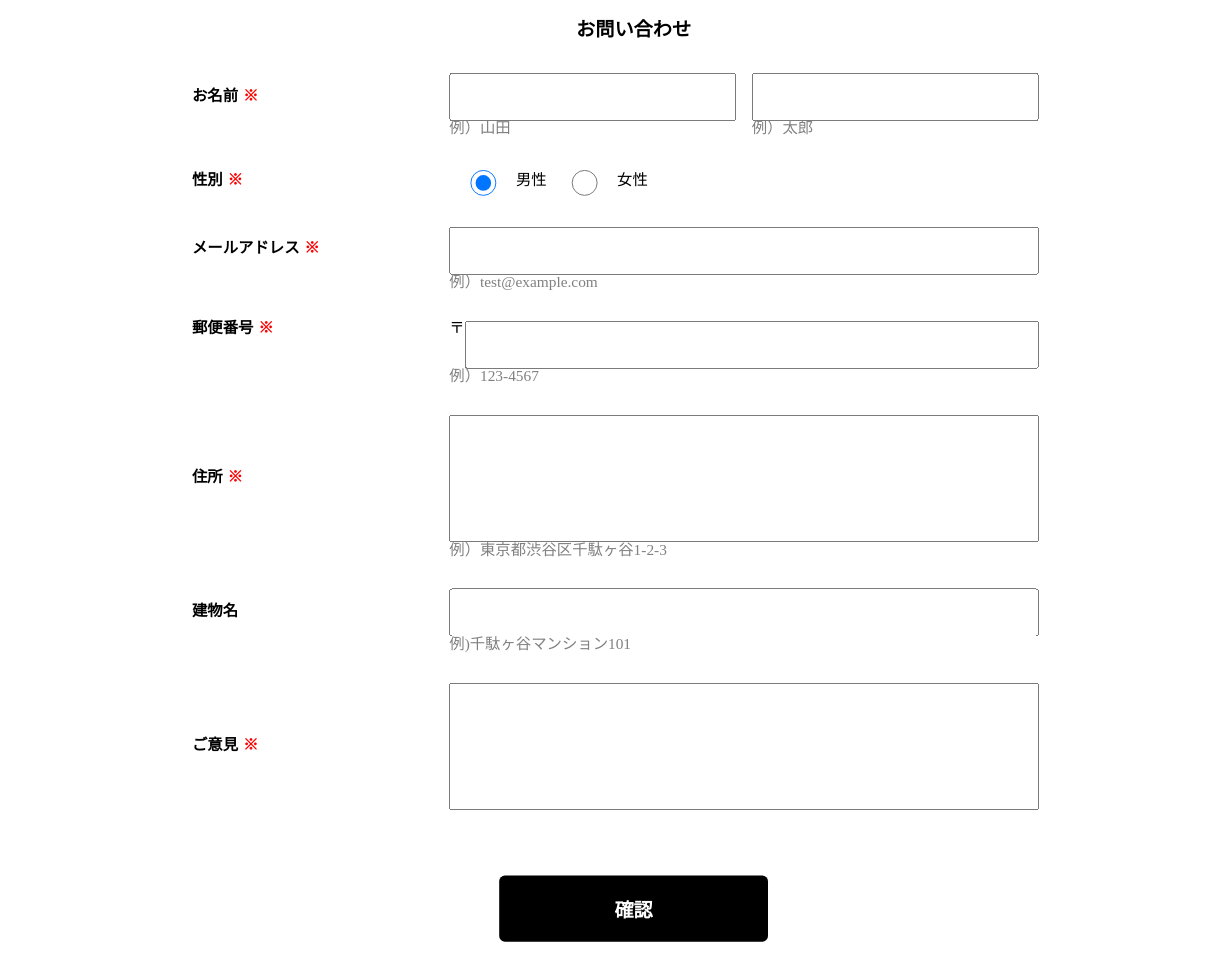
Repository: masanarimiura/20220723_miura_advance_test
Page: http://localhost/
An editor plug-in stored every save of this project. The page is shown before and after the next save, followed by the edit.
The browser window is 1280 px wide. The pictures show the whole page, at 96% of full size.
The page is served by the project's Laravel application, run on PHP 8.4 with Laravel 8.

Above is the page before, as saved 2022-07-22 13:08:38.

After the next save:
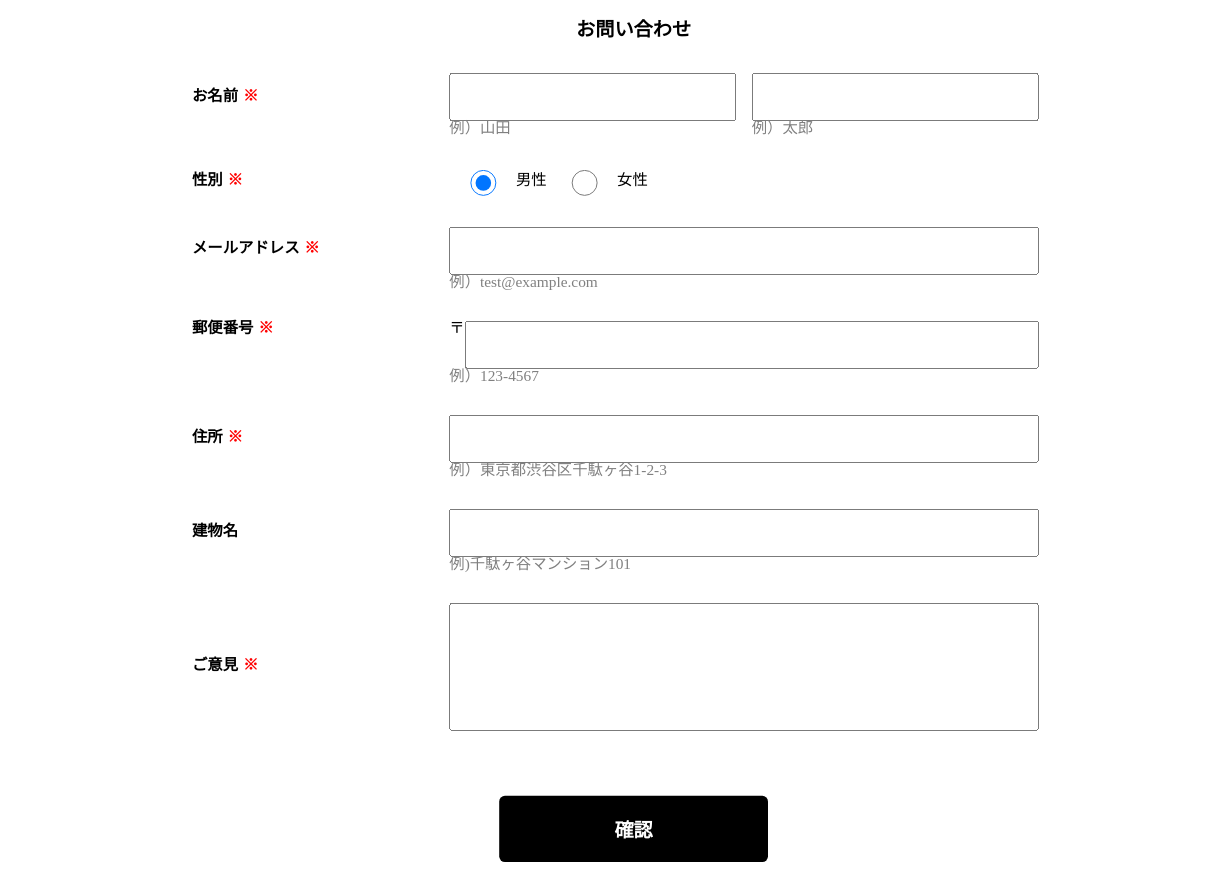
Saved 8 s later.
--- a/resources/views/index.blade.php
+++ b/resources/views/index.blade.php
@@ -252,7 +252,7 @@ input, select {
         <tr>
           <th>住所<span >※</span></th>
           <td colspan="2">
-            <input type="text" name="address" value="{{ old('address') }}" class="p-region p-locality p-street-address p-extended-address opinion" id="address">
+            <input type="text" name="address" value="{{ old('address') }}" class="p-region p-locality p-street-address p-extended-address address" id="address">
             <p class="example">例）東京都渋谷区千駄ヶ谷1-2-3</p>
             <p class="notError" id="address_error">※住所を正しく入力してください</p>
           </td>
